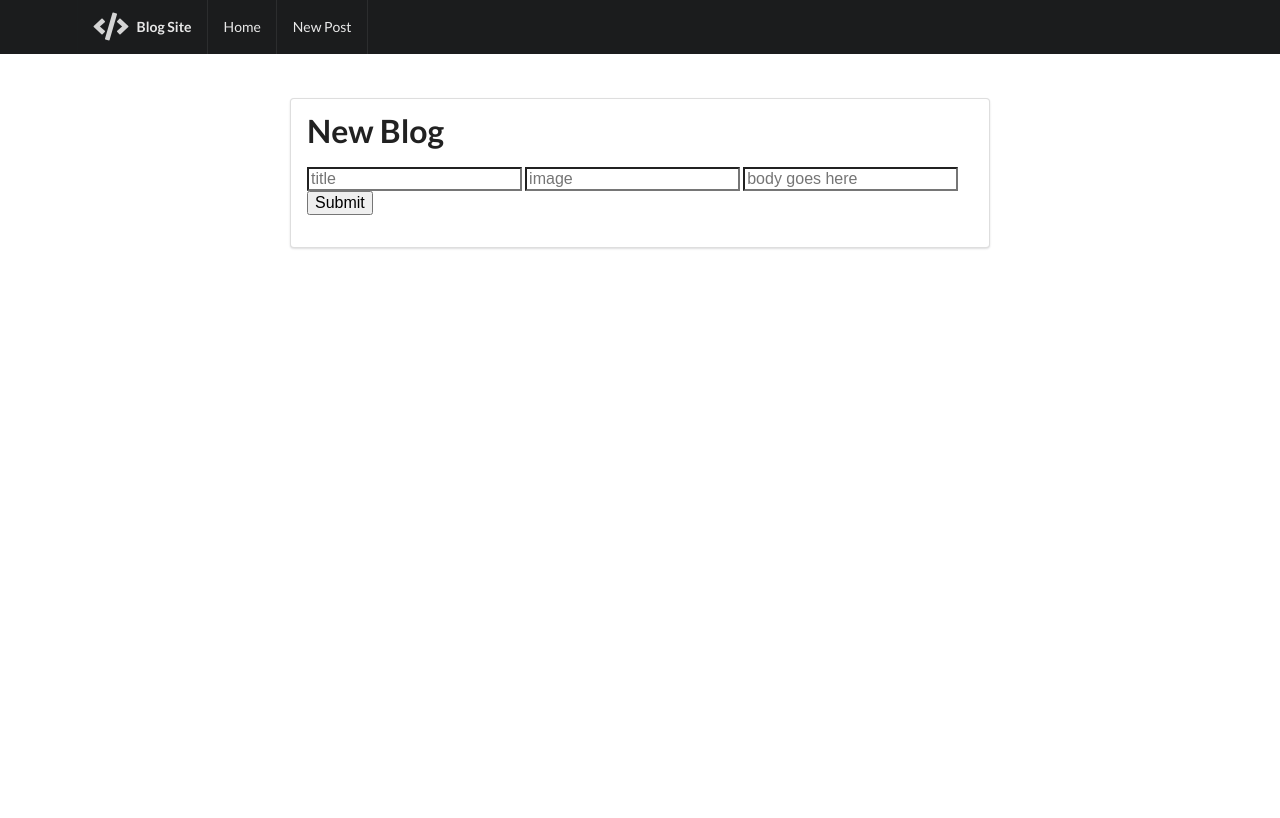
Repository: itsSYBruce/RuleVRacing-RESTful
Page: http://localhost/blogs/new
The author's editor kept a record of every edit. The page is drawn from the files as they stood at one moment, then again after the next edit.
The browser window is 1280 px wide. The pictures show the whole page.
Some web libraries are served in a nearby version. The page is served by the project's Node server (RESTful Routing/RESTfulBlogApp/app.js).

Above is the page before.

### RESTful Routing/RESTfulBlogApp/views/new.ejs
<% include partials/header %>
<div class = "ui main text container segment">
    <div class= "ui huge header">
        New Blog
    </div>
    <form action = "/blogs" method = "POST">
        <input type= "text" name = "blog[title]" placeholder = "title">
        <input type= "text" name = "blog[image]" placeholder = "image">
        <input type= "text" name = "blog[body]" placeholder = "body goes here">
        <input type= "submit">
    </form>
</div>

<% include partials/footer %>

### RESTful Routing/RESTfulBlogApp/views/partials/header.ejs
<html>
    <head>
        <title>
            Rule V Racing
        </title>
        <link rel = "stylesheet" type = "text/css" href = "https://cdnjs.cloudflare.com/ajax/libs/semantic-ui/2.1.4/semantic.min.css">
        <link rel = "stylesheet" type = "text/css" href = "/stylesheets/app.css">
    </head>
    <body>
        <div class = "ui fixed inverted menu">
            <div class = "ui container">
                <div class = "header item"><i class = "code icon"></i>Blog Site</div>
                <a href = "/" class = "item">Home</a>
                <a href = "/blogs/new" class = "item">New Post</a>
            </div>
        </div>

### RESTful Routing/RESTfulBlogApp/views/partials/footer.ejs

    </body>

</html>

### RESTful Routing/RESTfulBlogApp/app.js
var express = require("express");
var app = express();
var bodyParser = require("body-parser");
var mongoose = require("mongoose");
var methodOverride = require("method-override");

//MONGOOSE CONFIG
mongoose.connect("mongodb://localhost/restful_blog_app",  { useNewUrlParser: true });
app.set("view engine", "ejs");
app.use(express.static("public"));
app.use(bodyParser.urlencoded({extended:true}));
app.use(methodOverride("_method"));

//MONGOOSE/MODEL
var blogSchema = new mongoose.Schema({
    title: String,
    image: String,
    body: String,
    created: {type: Date, default: Date.now}
})
var Blog = mongoose.model("Blog", blogSchema);

// Blog.create( {
//     title: "mark",
//     image: "https://static1.squarespace.com/static/575b7b93c6fc08a912726ad7/575dbd98d210b82f783dfbbf/599270eed2b8572bae2aad4a/1540846235861/untitled-30.jpg?format=500w",
//     body: "body"
// })
//RESTFUL ROUTES
app.get("/", function(req, res) {
    res.redirect("/blogs");
})


//INDEX
app.get("/blogs", function(req, res) {
    Blog.find({}, function(err, blogs) {
        if(err) {
            console.log("err");
        } else {
            res.render("index", {blogs: blogs});
        }
    })
})

//NEW
app.get("/blogs/new", function(req, res) {
    res.render("new");
})

//CREATE
app.post("/blogs", function(req, res) {
    Blog.create(req.body.blog, function(err, newBlog) {
        if (err) {
            res.render("new");
        }
        else {
            res.redirect("/blogs");
        }
    })
})
//SHOW
app.get("/blogs/:id", function(req, res) {
    Blog.findById(req.params.id, function(err, foundBlog) {
        if (err) {
            console.log(err);
            res.redirect("/blogs");
        }
        else {
            res.render("show", {blog: foundBlog});
        }
    });
    //res.send("SHOW PAGE");
})

//EDIT ROUTE
app.get("/blogs/:id/edit", function(req, res){
    Blog.findById(req.params.id, function(err, foundBlog){
        if(err){
            res.redirect("/blogs");
        } else {
            res.render("edit", {blog: foundBlog});
        }
    });
})

//UPDATE
app.put("/blogs/:id", function(req, res){
        Blog.findByIdAndUpdate(req.params.id, req.body.blog, function(err, updatedBlog){
      if(err){
          res.redirect("/blogs");
      }  else {
          res.redirect("/blogs/" + req.params.id);
      }
   });
});

//
app.delete("/blogs/:id", function(req, res) {
    Blog.findByIdAndRemove(req.params.id, function() {
        if (err) {
            res.redirect
        }
        else {

        }

    })
    res.send("delete page is here");
})


app.listen(process.env.PORT, process.env.IP, function() {
    console.log("sail the boat captain");
})

### RESTful Routing/RESTfulBlogApp/public/stylesheets/app.css
i.icon {
    font-size: 2em;
}

.container.main {
    margin-top: 7rem;
}

After the next edit:
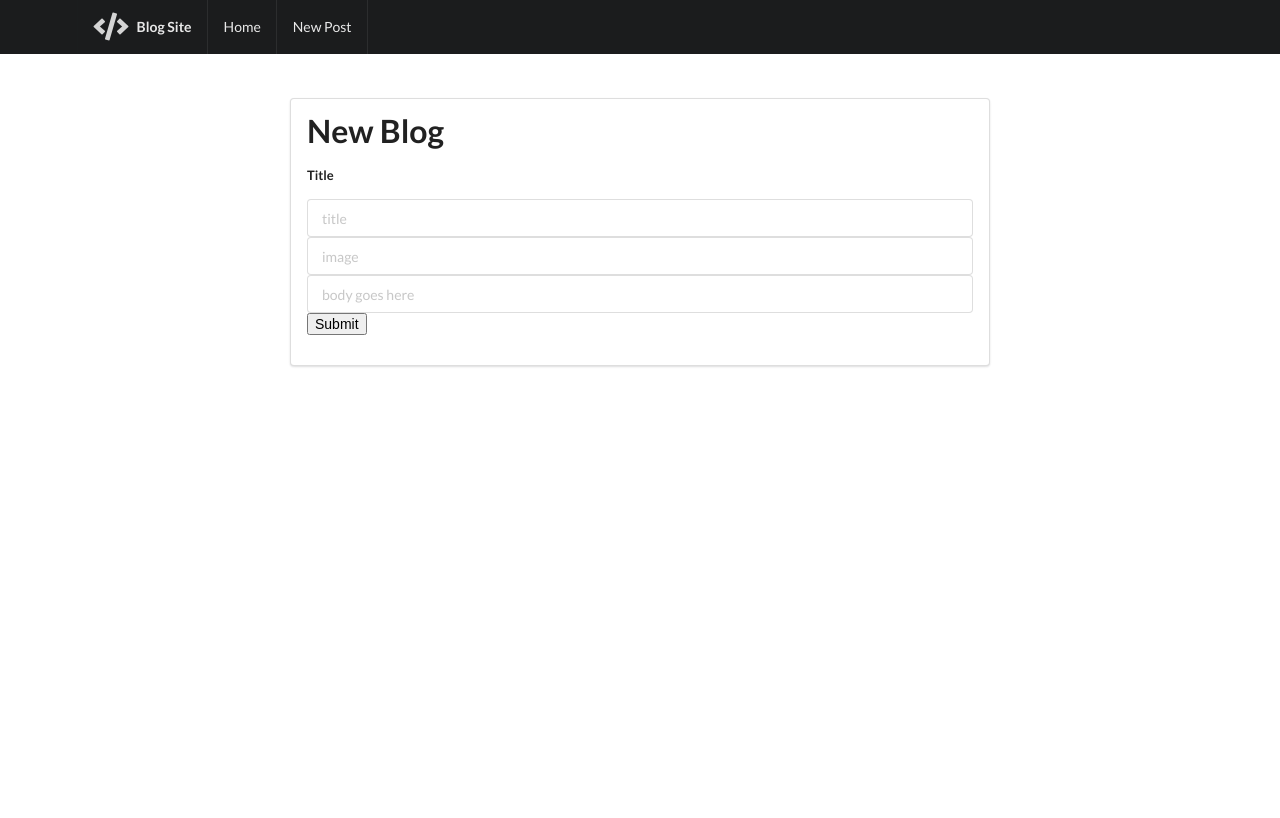
The edit:
--- a/RESTful Routing/RESTfulBlogApp/views/new.ejs
+++ b/RESTful Routing/RESTfulBlogApp/views/new.ejs
@@ -3,7 +3,12 @@
     <div class= "ui huge header">
         New Blog
     </div>
-    <form action = "/blogs" method = "POST">
+    <form class = "ui form" action = "/blogs" method = "POST">
+        <div class = "field">
+            <label>
+                Title
+            </label>
+        </div>
         <input type= "text" name = "blog[title]" placeholder = "title">
         <input type= "text" name = "blog[image]" placeholder = "image">
         <input type= "text" name = "blog[body]" placeholder = "body goes here">
